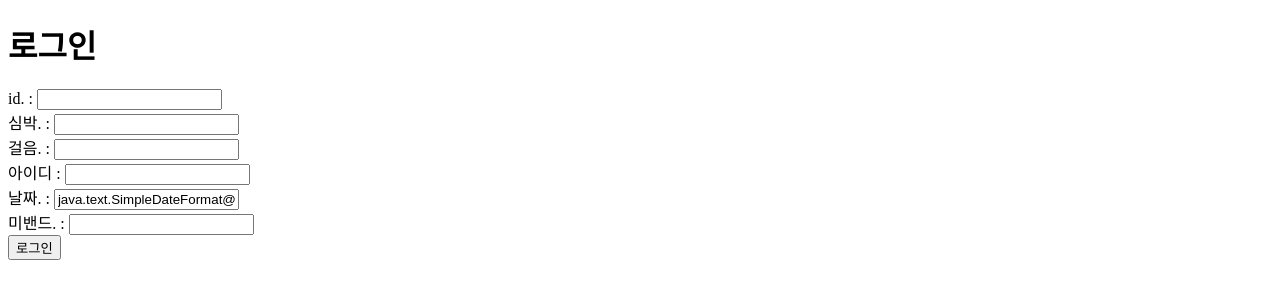
Repository: hynjin/SilverKeeper
Page: http://localhost/sk_server/connect.jsp
The author's editor kept a copy of each file at every save. The page is drawn from the files as they stood at one save, then again after the next save.
The browser window is 1280 px wide. The pictures show the whole page.
The page is served by Tomcat 9.

Above is the page before, as saved 2017-05-12 21:06:50.

After the next save:
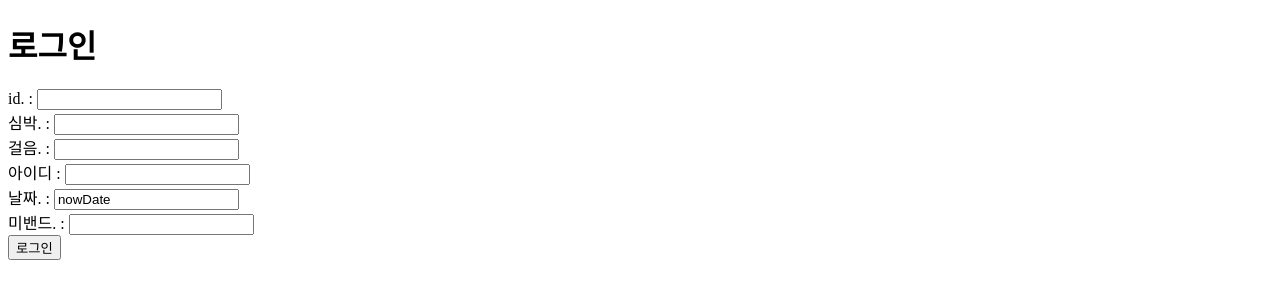
Saved 12 min 45 s later.
--- a/sk_tomcat/sk_server/WebContent/connect.jsp
+++ b/sk_tomcat/sk_server/WebContent/connect.jsp
@@ -1,6 +1,6 @@
 <%@ page language="java" contentType="text/html; charset=UTF-8"
     pageEncoding="UTF-8"%>
-<%@page import="java.text.SimpleDateFormat"%>
+    <%@page import="java.util.Date, java.text.SimpleDateFormat" %>
 <!DOCTYPE html PUBLIC "-//W3C//DTD HTML 4.01 Transitional//EN" "http://www.w3.org/TR/html4/loose.dtd">
 <html>
 <head>
@@ -8,13 +8,19 @@
 <title>Insert title here</title>
 </head>
 <body>
+<%Date nowDate=new Date();//현재날짜와 시간을 얻어옴
+SimpleDateFormat dateFormat = new SimpleDateFormat("yyyy-MM-dd");
+//날짜형식을 yyyy년MM월dd일 형태로 사용하기 위해서 SimpleDateFormat객체 생성
+String formatDate=dateFormat.format(nowDate);
+//현재의 날짜와 시간에 yyyy년 MM월dd일 형식을 format()메소드를 사용해서 적용
+ %>
 <h1>로그인 </h1>
 <form action="receiveSilverData" method="post">
 id. : <input type="text" name="silverID"/><br/>
 심박. : <input type="text" name="heartRate"/><br/>
 걸음. : <input type="text" name="walkCount"><br/>
 아이디 : <input type="text" name="identifyNumber"/><br/>
-날짜. : <input type="text" name="currentTime" value="<%= new SimpleDateFormat("yyyy-MM-dd")%>"><br/>
+날짜. : <input type="text" name="currentTime" value=nowDate><br/>
 미밴드. : <input type="text" name="checkMiBand"/><br/>
 <input type="submit" value="로그인"/>
 </form>
